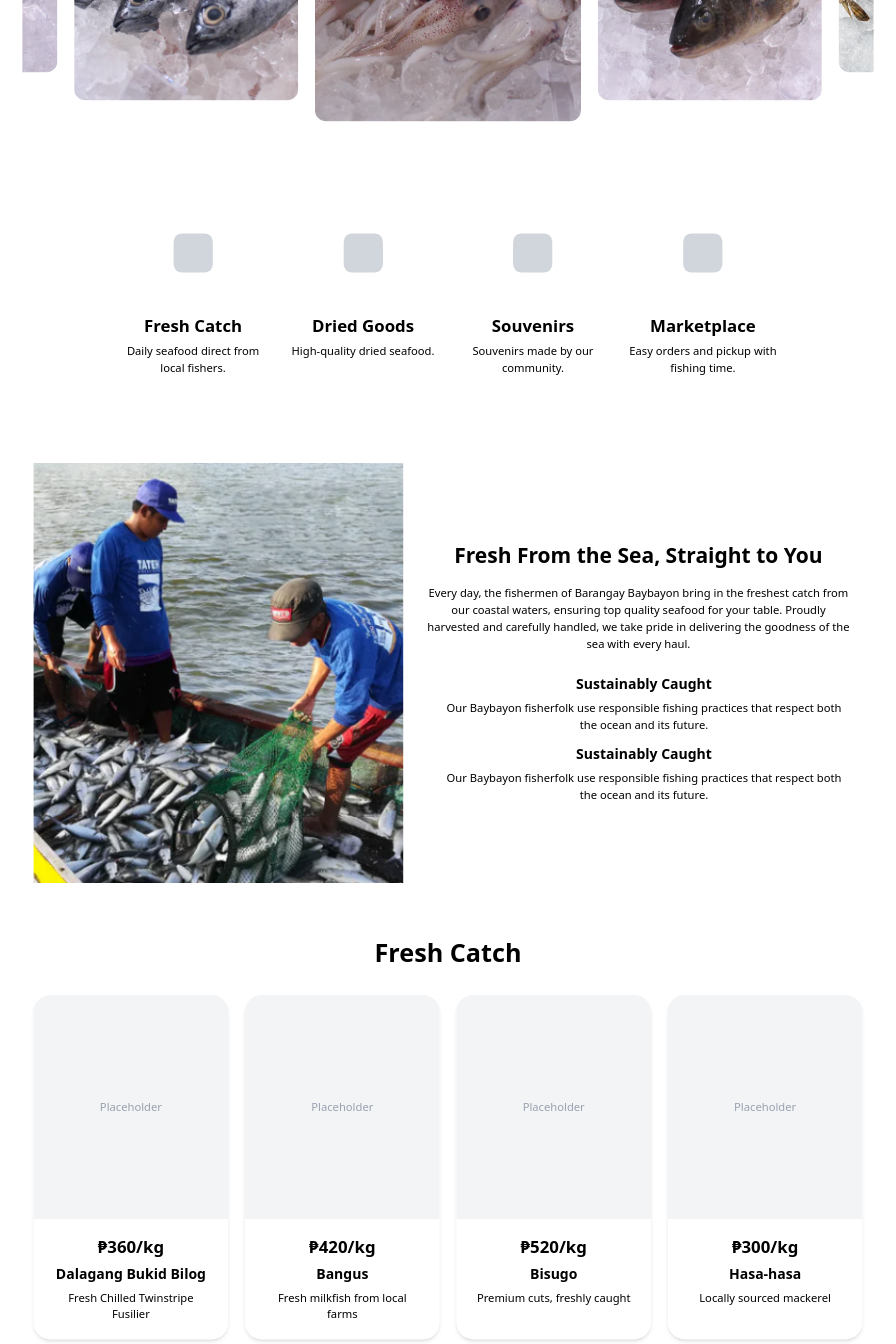
Repository: Coast2Card/coast2cart-frontend
Page: /
An editor plug-in stored every save of this project. The page is shown before and after the next save, followed by the edit.
The browser window is 1280 px wide. The pictures show the part of the page from y = 939 to 2859 px (the page is 3105 px tall), at 70% of full size.
The project was rebuilt for these pictures with package versions that can differ from the ones it lists, and the page was loaded fresh each time. Also part of the build but not shown: vite.config.js, src/pages/Seafood.jsx, src/pages/Souvenirs.jsx, src/pages/About.jsx, src/pages/Cart.jsx, src/pages/Profile.jsx, src/pages/Colors.jsx.

Above is the page before, as saved 2025-09-07 15:54:21.

After the next save:
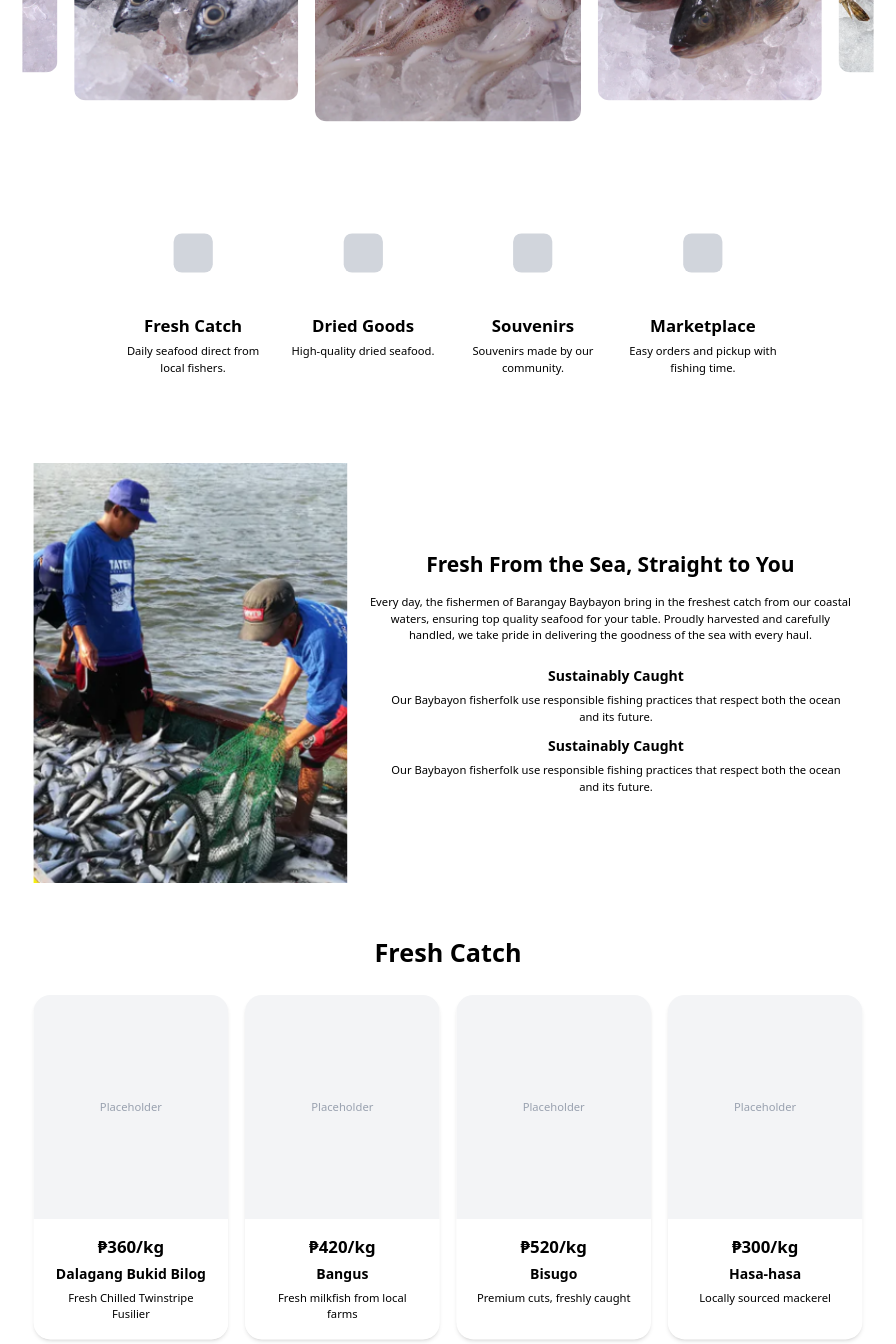
Saved 10 s later.
--- a/src/components/home/HomeGallery.jsx
+++ b/src/components/home/HomeGallery.jsx
@@ -7,7 +7,7 @@ const HomeGallery = () => {
       <div className="flex flex-1 min-w-75  w-full h-150 bg-blue-100 ">
         <img src={homeGallery1} className="w-full h-full object-cover  " />
       </div>
-      <div className=" flex flex-col min-w-20 max-w-160 p-4 gap-4 justify-center">
+      <div className=" flex flex-col min-w-20 max-w-180 p-4 gap-4 justify-center">
         <h2 className="font-bold text-3xl text-primary mb-2">
           Fresh From the Sea, Straight to You
         </h2>
